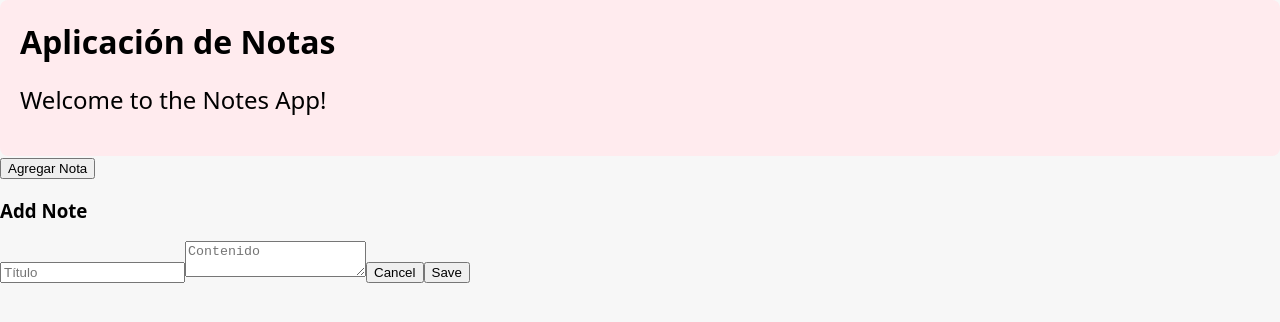
Repository: xunxuno/aplicacion_web_notas
Page: / (app in notas_web_app/), after clicking the first element matching `button`
The author's editor kept a copy of each file at every save. The page is drawn from the files as they stood at one save, then again after the next save.
The browser window is 1280 px wide. The pictures show the whole page.
The project was rebuilt for these pictures with package versions that can differ from the ones it lists, and the page was loaded fresh each time. Also part of the build but not shown: notas_web_app/vite.config.ts, notas_web_app/src/components/Note.tsx, notas_web_app/src/components/NoteCollection.tsx.

Above is the page before, as saved 2024-10-02 09:53:21.

### notas_web_app/src/main.tsx
import React from 'react';
import ReactDOM from 'react-dom/client'; // Cambiado a ReactDOM para el nuevo root API
import App from './App';
import { NotesProvider } from './contexts/NotesContext';

ReactDOM.createRoot(document.getElementById('root')!).render(
  <React.StrictMode>
    <NotesProvider>
      <App />
    </NotesProvider>
  </React.StrictMode>,
);

### notas_web_app/src/App.tsx
import React, { useState, useContext } from 'react';
import { NotesProvider, NotesContext } from './contexts/NotesContext';
import NoteCollection from './components/NoteCollection';
import NoteModal from './components/NoteModal';
import AppBar from './components/AppBar';
import { DndProvider } from 'react-dnd';
import { HTML5Backend } from 'react-dnd-html5-backend';
import './styles.css';

interface Note {
  id: string;
  title: string;
  content: string;
}

interface NoteCollectionInterface {
  id: string;
  notes: Note[];
}

const App: React.FC = () => {
  const [isModalOpen, setModalOpen] = useState(false);
  const [activeCollectionId, setActiveCollectionId] = useState<string | null>(null);

  const { state, dispatch } = useContext(NotesContext);

  const handleAddNote = (note: Note) => {
    if (activeCollectionId) {
      dispatch({
        type: 'ADD_NOTE',
        payload: { collectionId: activeCollectionId, note },
      });
    }
    setModalOpen(false);
  };

  const handleMoveNote = (noteId: string, targetCollectionId: string) => {
    dispatch({
      type: 'MOVE_NOTE',
      payload: { noteId, targetCollectionId },
    });
  };

  return (
    <DndProvider backend={HTML5Backend}>
      <NotesProvider>
        <div>
          <AppBar />

          <button onClick={() => setModalOpen(true)}>Agregar Nota</button>

          <div>
            {state.collections.map((collection: NoteCollectionInterface) => (
              <NoteCollection
                key={collection.id}
                collection={collection}
                onNoteClick={(noteId) => {
                  console.log('Nota ID:', noteId);
                }}
                onCollectionClick={() => setActiveCollectionId(collection.id)}
                onNoteMove={handleMoveNote}
              />
            ))}
          </div>

          {isModalOpen && (
            <NoteModal
              onClose={() => setModalOpen(false)}
              onAddNote={handleAddNote}
            />
          )}
        </div>
      </NotesProvider>
    </DndProvider>
  );
};

export default App;

### notas_web_app/src/contexts/NotesContext.tsx
import React, { createContext, useReducer, ReactNode } from 'react';


// Definir el contexto
interface Note {
  id: string;
  title: string;
  content: string;
}

interface Collection {
  id: string;
  notes: Note[];
}

interface NotesState {
  collections: Collection[];
}


interface AddNoteAction {
  type: 'ADD_NOTE';
  payload: {
    collectionId: string;
    note: Note;
  };
}

interface DeleteNoteAction {
  type: 'DELETE_NOTE';
  payload: {
    collectionId: string;
    noteId: string;
  };
}

interface MoveNoteAction {
  type: 'MOVE_NOTE';
  payload: {
    noteId: string;
    targetCollectionId: string;
  };
}
type NotesAction = AddNoteAction | DeleteNoteAction | MoveNoteAction;

const initialState: NotesState = {
  collections: [], // Colecciones vacías al inicio
};

const NotesContext = createContext<any>(null);

// Reducer para manejar las acciones
const notesReducer = (state: NotesState, action: NotesAction): NotesState => {
  switch (action.type) {
    case 'ADD_NOTE':
      return {
        ...state,
        collections: state.collections.map((collection) =>
          collection.id === action.payload.collectionId
            ? { ...collection, notes: [...collection.notes, action.payload.note] }
            : collection
        ),
      };
    case 'DELETE_NOTE':
      return {
        ...state,
        collections: state.collections.map((collection) =>
          collection.id === action.payload.collectionId
            ? {
                ...collection,
                notes: collection.notes.filter((note) => note.id !== action.payload.noteId),
              }
            : collection
        ),
      };
    case 'MOVE_NOTE':
      const { noteId, targetCollectionId } = action.payload;
      const sourceCollection = state.collections.find((collection) =>
        collection.notes.some((note) => note.id === noteId)
      );
      if (!sourceCollection) return state;

      const noteToMove = sourceCollection.notes.find((note) => note.id === noteId);
      if (!noteToMove) return state;

      return {
        ...state,
        collections: state.collections.map((collection) => {
          if (collection.id === sourceCollection.id) {
            return {
              ...collection,
              notes: collection.notes.filter((note) => note.id !== noteId),
            };
          } else if (collection.id === targetCollectionId) {
            return {
              ...collection,
              notes: [...collection.notes, noteToMove],
            };
          } else {
            return collection;
          }
        }),
      };
    default:
      return state;
  }
};


// Proveedor del contexto con soporte para 'children'
interface NotesProviderProps {
  children: ReactNode; // Definir el tipo de la prop 'children'
}

const NotesProvider: React.FC<NotesProviderProps> = ({ children }) => {
  const [state, dispatch] = useReducer(notesReducer, initialState);

  return (
    <NotesContext.Provider value={{ state, dispatch }}>
      {children}
    </NotesContext.Provider>
  );
};

export { NotesContext, NotesProvider, notesReducer };

### notas_web_app/src/components/NoteModal.tsx
import React, { useState } from 'react';


interface Note {
  id: string;
  title: string;
  content: string;
  // Puedes añadir más propiedades según lo necesites
}

interface NoteModalProps {
  onClose: () => void;
  onAddNote: (note: Note) => void; // Agregar esta propiedad
}

const NoteModal: React.FC<NoteModalProps> = ({ onClose, onAddNote }) => {
  const [title, setTitle] = useState('');
  const [content, setContent] = useState('');

  const handleSave = () => {
    const newNote: Note = {
      id: Date.now().toString(), // Generar un ID único
      title,
      content,
    };
    onAddNote(newNote);
    onClose(); // Cerrar el modal después de agregar la nota
  };

  return (
    <div className="note-modal">
      <h3>Add Note</h3>
      <input
        type="text"
        placeholder="Título"
        value={title}
        onChange={(e) => setTitle(e.target.value)}
      />
      <textarea
        placeholder="Contenido"
        value={content}
        onChange={(e) => setContent(e.target.value)}
      />
      <button onClick={onClose}>Cancel</button>
      <button onClick={handleSave}>Save</button>
    </div>
  );
};

export default NoteModal;

### notas_web_app/src/components/AppBar.tsx
import React from 'react';


const AppBar: React.FC = () => {
  return (
    <div className="app-bar">
      <h1>Aplicación de Notas</h1>
      <h2>Welcome to the Notes App!</h2>
    </div>
  );
};

export default AppBar;

### notas_web_app/src/styles.css
body {
    font-family: 'Noto Sans', sans-serif;
    background-color: #f7f7f7;
    margin: 0;
    padding: 0;
    color: #000;
  }

  .app-bar {
    background-color: #ffebee; /* Color pastel */
    border-radius: 8px;
    margin: 0;
    padding: 20px;
  }

  h1 {
    font-weight: bold;
    margin: 0;
  }

  h2 {
    font-weight: 400;
  }

  .button-add-note {
    margin: 20px 0;
    float: right;
    background-color: #ff8a80; /* Color pastel */
    color: #fff;
    border-radius: 50%;
  }

  .modal {
    background-color: #fff;
    border-radius: 8px;
    padding: 20px;
  }

  .note {
    padding: 20px;
    border-radius: 8px;
    box-shadow: 0 2px 6px rgba(0, 0, 0, 0.1);
    transition: transform 0.3s;
  }

  .note-title {
    font-weight: 500; /* w500 */
  }

  .note-content {
    font-size: 14px; /* Tamaño de fuente legible */
  }

  .collection {
    padding: 20px;
    border-radius: 8px;
    background-color: #ffffff;
  }

  .note-panel {
    display: flex;
    flex-wrap: wrap;
    gap: 20px;
    padding: 20px;
  }

  .note-card {
    width: 150px; /* Tamaño de las notas */
    background-color: #e1bee7; /* Color pastel dinámico */
    border-radius: 8px;
    padding: 10px;
    box-shadow: 0 2px 6px rgba(0, 0, 0, 0.1);
    position: relative;
  }

  .note-card:hover {
    transform: scale(1.05);
  }

  .edit-button, .delete-button {
    position: absolute;
    top: 5px;
    right: 5px;
    background: none;
    border: none;
    cursor: pointer;
  }

  .edit-button {
    color: #4caf50;
  }

  .delete-button {
    color: #f44336;
  }

Loaded but not shown: notas_web_app/index.html (common file)

After the next save:
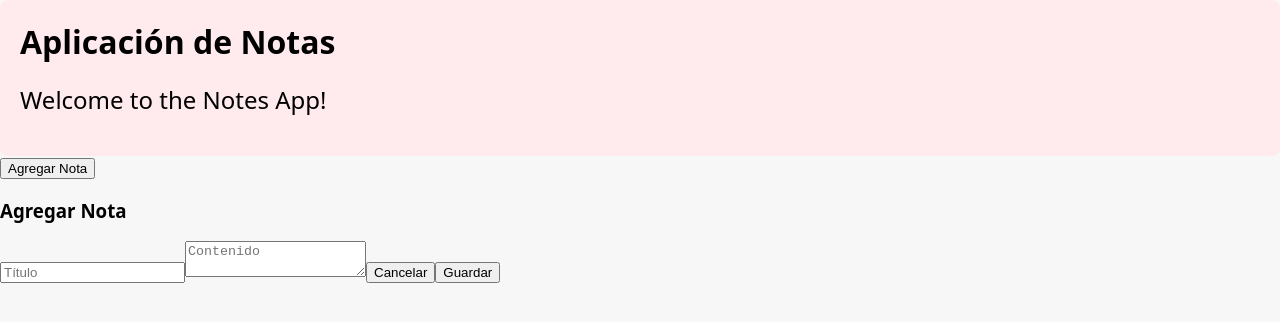
Saved 3 min 53 s later.
--- a/notas_web_app/src/components/NoteModal.tsx
+++ b/notas_web_app/src/components/NoteModal.tsx
@@ -1,16 +1,14 @@
 import React, { useState } from 'react';
-
 
 interface Note {
   id: string;
   title: string;
   content: string;
-  // Puedes añadir más propiedades según lo necesites
 }
 
 interface NoteModalProps {
   onClose: () => void;
-  onAddNote: (note: Note) => void; // Agregar esta propiedad
+  onAddNote: (note: Note) => void;
 }
 
 const NoteModal: React.FC<NoteModalProps> = ({ onClose, onAddNote }) => {
@@ -19,17 +17,19 @@ const NoteModal: React.FC<NoteModalProps> = ({ onClose, onAddNote }) => {
 
   const handleSave = () => {
     const newNote: Note = {
-      id: Date.now().toString(), // Generar un ID único
+      id: Date.now().toString(), // Genera un ID único
       title,
       content,
     };
+
+    // Pasa la nueva nota a través de la función onAddNote
     onAddNote(newNote);
-    onClose(); // Cerrar el modal después de agregar la nota
+    onClose(); // Cierra el modal
   };
 
   return (
-    <div className="note-modal">
-      <h3>Add Note</h3>
+    <div>
+      <h3>Agregar Nota</h3>
       <input
         type="text"
         placeholder="Título"
@@ -41,8 +41,8 @@ const NoteModal: React.FC<NoteModalProps> = ({ onClose, onAddNote }) => {
         value={content}
         onChange={(e) => setContent(e.target.value)}
       />
-      <button onClick={onClose}>Cancel</button>
-      <button onClick={handleSave}>Save</button>
+      <button onClick={onClose}>Cancelar</button>
+      <button onClick={handleSave}>Guardar</button>
     </div>
   );
 };
